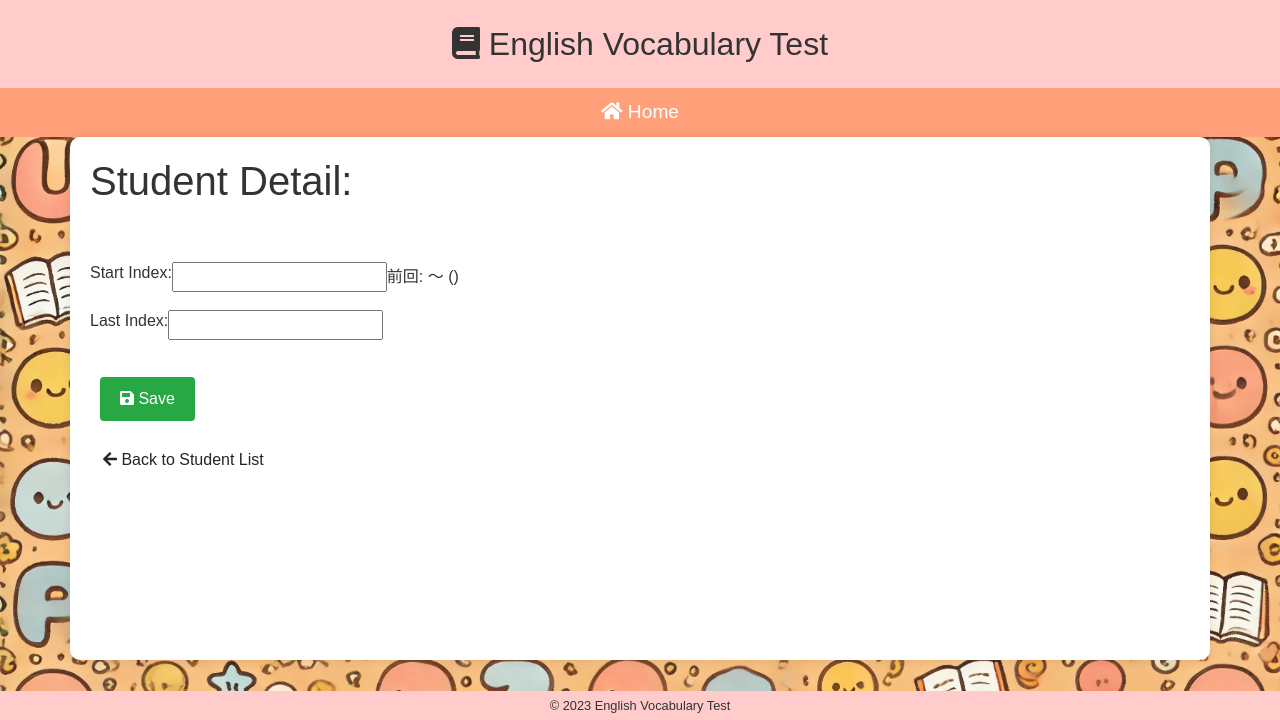
Repository: YamatoGH/testapp
Page: testapp/templates/testapp/student_detail.html
The author's editor kept a copy of each file at every save. The page is drawn from the files as they stood at one save, then again after the next save.
The browser window is 1280 px wide. The pictures show the whole page.
The page is served by the project's application, run on Django 5.2 (manage.py). Other server files are loaded and not shown. The template is opened directly, without the code that normally fills it, so the values that code supplies are empty.

Above is the page before, as saved 2024-07-30 00:52:27.

### testapp/templates/testapp/student_detail.html
{% extends "testapp/base.html" %}

{% block title %}Student Detail{% endblock %}

{% block content %}
<h1>Student Detail: {{ student.name }}</h1>
<form method="post">
    {% csrf_token %}
    <div class="form-group">
        {{ form.name.label_tag }}{{ form.name }}
    </div>
    <div class="form-group">
        {{ form.test_group.label_tag }}{{ form.test_group }}
    </div>
    <div class="form-group">
        {{ form.current_test.label_tag }}{{ form.current_test }}
    </div>
    <div class="form-group">
        <label for="id_start_index">Start Index:</label>
        <input type="number" name="start_index" id="id_start_index" value="{{ form.start_index.value }}">
        <span>前回: {{ student.start_index }}～{{student.last_index}} ({{ student.last_saved|date:"Y-m-d H:i:s" }})</span>
    </div>
    <div class="form-group">
        <label for="id_last_index">Last Index:</label>
        <input type="number" name="last_index" id="id_last_index" value="{{ form.last_index.value }}">
    </div>
    <div class="form-group">
        {{ form.note.label_tag }}{{ form.note }}
    </div>
    <div class="form-group">
        <button type="submit" class="btn btn-save"><i class="fas fa-save"></i> Save</button>
        {% if student.current_test %}
        <a href="{% url 'print_test' student.current_test.id student.start_index student.last_index 'no' %}" class="btn btn-print"><i class="fas fa-print"></i> Print Current Test</a>
        {% endif %}
    </div>
</form>

<a href="{% url 'student_list' %}" class="btn btn-custom"><i class="fas fa-arrow-left"></i> Back to Student List</a>

{% endblock %}

### testapp/templates/testapp/base.html
<!DOCTYPE html>
<html>
<head>
    {% load static %}
    <title>{% block title %}English Vocabulary Test{% endblock %}</title>
    <link rel="stylesheet" href="https://stackpath.bootstrapcdn.com/bootstrap/4.3.1/css/bootstrap.min.css">
    <link rel="stylesheet" href="https://cdnjs.cloudflare.com/ajax/libs/font-awesome/5.15.3/css/all.min.css">
    <link rel="stylesheet" type="text/css" href="{% static 'testapp/css/style.css' %}">
</head>
<body>
    <header>
        <i class="fas fa-book"></i> English Vocabulary Test
    </header>
    <nav>
        <a href="{% url 'home' %}"><i class="fas fa-home"></i> Home</a>
    </nav>
    <div class="container">
        {% block content %}{% endblock %}
    </div>
    <footer>
        &copy; 2023 English Vocabulary Test
    </footer>
</body>
<script>
    document.addEventListener("DOMContentLoaded", function() {
        var coll = document.getElementsByClassName("collapsible");
        for (var i = 0; i < coll.length; i++) {
            coll[i].addEventListener("click", function() {
                this.classList.toggle("active");
                var content = this.nextElementSibling;
                if (content.style.display === "block") {
                    content.style.display = "none";
                } else {
                    content.style.display = "block";
                }
            });
        }
    });
</script>
</html>

### vocab_test/urls.py
"""
URL configuration for vocab_test project.

The `urlpatterns` list routes URLs to views. For more information please see:
    https://docs.djangoproject.com/en/5.0/topics/http/urls/
Examples:
Function views
    1. Add an import:  from my_app import views
    2. Add a URL to urlpatterns:  path('', views.home, name='home')
Class-based views
    1. Add an import:  from other_app.views import Home
    2. Add a URL to urlpatterns:  path('', Home.as_view(), name='home')
Including another URLconf
    1. Import the include() function: from django.urls import include, path
    2. Add a URL to urlpatterns:  path('blog/', include('blog.urls'))
"""
from django.contrib import admin
from django.urls import include, path
from django.conf import settings
from django.conf.urls.static import static

urlpatterns = [
    path('admin/', admin.site.urls),
    path('', include('testapp.urls')),
]+ static(settings.MEDIA_URL, document_root=settings.MEDIA_ROOT)

### testapp/urls.py
from django.urls import path
from . import views

urlpatterns = [
    path('', views.home, name='home'),
    path('create-test/', views.create_test, name='create_test'),
    path('test/<int:pk>/', views.test_detail, name='test_detail'),
    path('print-test/<int:pk>/<int:start_index>/<int:end_index>/<str:shuffle>/', views.print_test, name='print_test'),
    path('print-test-with-answers/<int:pk>/<int:start_index>/<int:end_index>/<str:shuffle>/', views.print_test_with_answers, name='print_test_with_answers'),
    path('add-student/', views.add_student, name='add_student'),
    path('students/', views.student_list, name='student_list'),
    path('students/<int:pk>/', views.student_detail, name='student_detail'),
    path('group-tests/<int:pk>/', views.group_tests, name='group_tests'),
    path('all-tests/', views.all_tests, name='all_tests'),  # 追加
]

### testapp/static/testapp/css/style.css
body {
    font-family: 'Comic Sans MS', cursive, sans-serif;
    background-color: #f0f8ff;
    color: #333;
    margin: 0;
    padding: 0;
    background-image: url('/static/testapp/images/background.jpg');
    background-size: cover;
    background-repeat: no-repeat;
    background-attachment: fixed;
    display: flex;
    flex-direction: column;
    min-height: 100vh;
}

header {
    background-color: #ffcccb;
    padding: 20px;
    text-align: center;
    font-size: 2em;
    color: #333;
}

nav {
    background-color: #ffa07a;
    padding: 10px;
    text-align: center;
}

nav a {
    margin: 0 15px;
    color: #fff;
    text-decoration: none;
    font-size: 1.2em;
}

nav a:hover {
    text-decoration: underline;
}

.container {
    flex: 1;
    padding: 20px;
    background-color: rgba(255, 255, 255, 1.0);
    border-radius: 10px;
    box-shadow: 0 0 10px rgba(0, 0, 0, 0.1);
    margin-bottom: 60px;
}

footer {
    background-color: #ffcccb;
    padding: 5px;
    text-align: center;
    font-size: 0.8em;
    position: fixed;
    width: 100%;
    bottom: 0;
}

form .btn-save {
    background-color: #28a745 !important;
    color: white !important;
    padding: 10px 20px !important;
    border: none !important;
    text-align: center !important;
    text-decoration: none !important;
    display: inline-block !important;
    font-size: 16px !important;
    margin: 4px 2px !important;
    transition-duration: 0.4s !important;
    cursor: pointer !important;
}

form .btn-save:hover {
    background-color: white !important;
    color: black !important;
    border: 2px solid #28a745 !important;
}

form .btn-print {
    background-color: #87CEEB !important;
    color: white !important;
    padding: 10px 20px !important;
    border: none !important;
    text-align: center !important;
    text-decoration: none !important;
    display: inline-block !important;
    font-size: 16px !important;
    margin: 4px 2px !important;
    transition-duration: 0.4s !important;
    cursor: pointer !important;
}

form .btn-print:hover {
    background-color: white !important;
    color: black !important;
    border: 2px solid #87CEEB !important;
}

form .btn-custom {
    background-color: #ffa07a !important;
    color: white !important;
    padding: 8px 12px !important;
    border: none !important;
    text-align: center !important;
    text-decoration: none !important;
    display: inline-block !important;
    font-size: 16px !important;
    margin: 0 !important;
    transition-duration: 0.4s !important;
    cursor: pointer !important;
}

form .btn-custom:hover {
    background-color: white !important;
    color: black !important;
    border: 2px solid #ffa07a !important;
}

.collapsible {
    cursor: pointer;
    padding: 10px;
    width: 100%;
    border: none;
    text-align: center;
    outline: none;
    font-size: 1em;
}

.active, .collapsible:hover {
    background-color: #ddd;
}

.collapsible-content {
    display: none;
    overflow: hidden;
    padding: 0 10px;
}

.fixed-buttons {
    position: fixed !important;
    bottom: 29px !important;
    right: 0px !important;
    display: flex !important;
    flex-direction: row !important;
    gap: 0 !important;
    align-items: center !important;
    z-index: 1000 !important;
    padding: 0 !important;
}

.fixed-buttons .btn-custom {
    background-color: #007bff !important;
    color: white !important;
    padding: 8px 12px !important;
    border-radius: 5px !important;
    text-decoration: none !important;
    box-shadow: 0 2px 5px rgba(0,0,0,0.2) !important;
    transition: background-color 0.3s ease !important;
}

.fixed-buttons .btn-custom:hover {
    background-color: #0056b3 !important;
}

.view-all-students-button,
.all-tests-button,
.create-test-button {
    margin: 0 !important;
}

.form-group {
    display: flex !important;
    align-items: center !important;
}

.form-group button,
.form-group .btn-custom {
    margin-left: 10px !important;
}

After the next save:
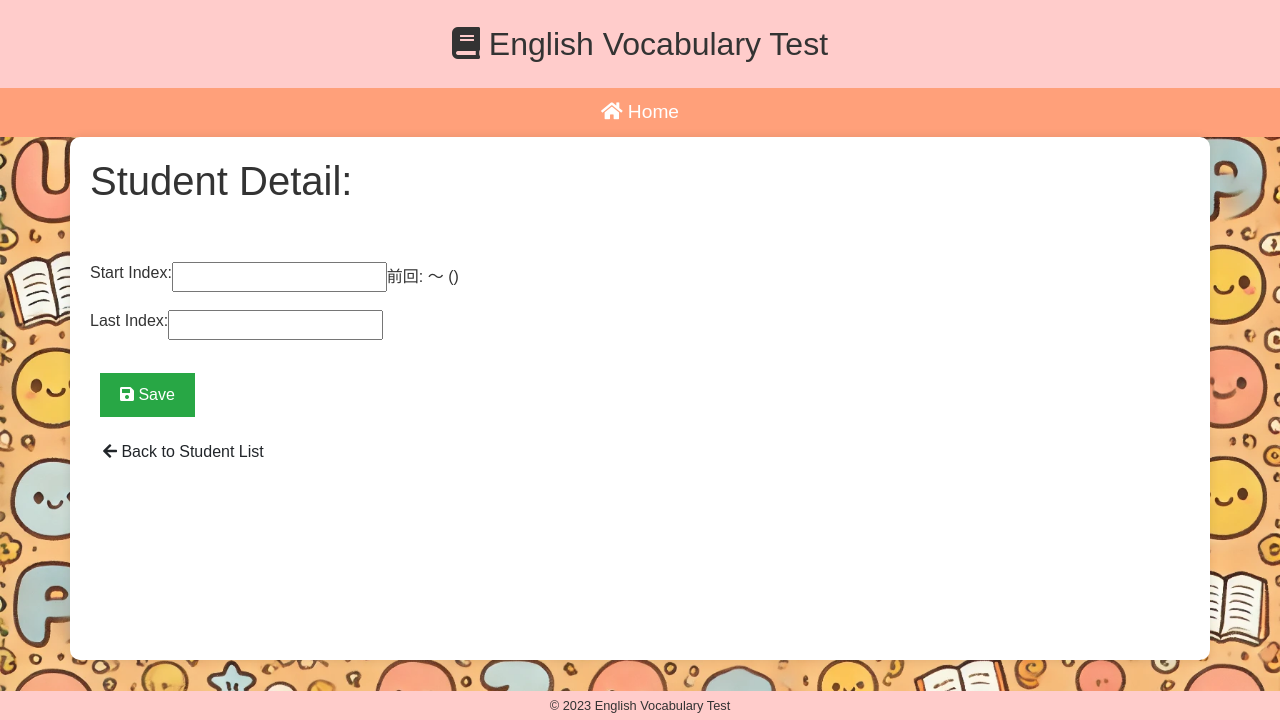
Saved 87 s later.
--- a/testapp/templates/testapp/student_detail.html
+++ b/testapp/templates/testapp/student_detail.html
@@ -28,9 +28,9 @@
         {{ form.note.label_tag }}{{ form.note }}
     </div>
     <div class="form-group">
-        <button type="submit" class="btn btn-save"><i class="fas fa-save"></i> Save</button>
+        <button type="submit" style="background-color: #28a745 !important; color: white !important; padding: 10px 20px !important; border: none !important; cursor: pointer !important;"><i class="fas fa-save"></i> Save</button>
         {% if student.current_test %}
-        <a href="{% url 'print_test' student.current_test.id student.start_index student.last_index 'no' %}" class="btn btn-print"><i class="fas fa-print"></i> Print Current Test</a>
+        <a href="{% url 'print_test' student.current_test.id student.start_index student.last_index 'no' %}" style="background-color: #87CEEB !important; color: white !important; padding: 10px 20px !important; border: none !important; text-align: center !important; text-decoration: none !important; display: inline-block !important; font-size: 16px !important; margin: 4px 2px !important; transition-duration: 0.4s !important; cursor: pointer !important;"><i class="fas fa-print"></i> Print Current Test</a>
         {% endif %}
     </div>
 </form>
